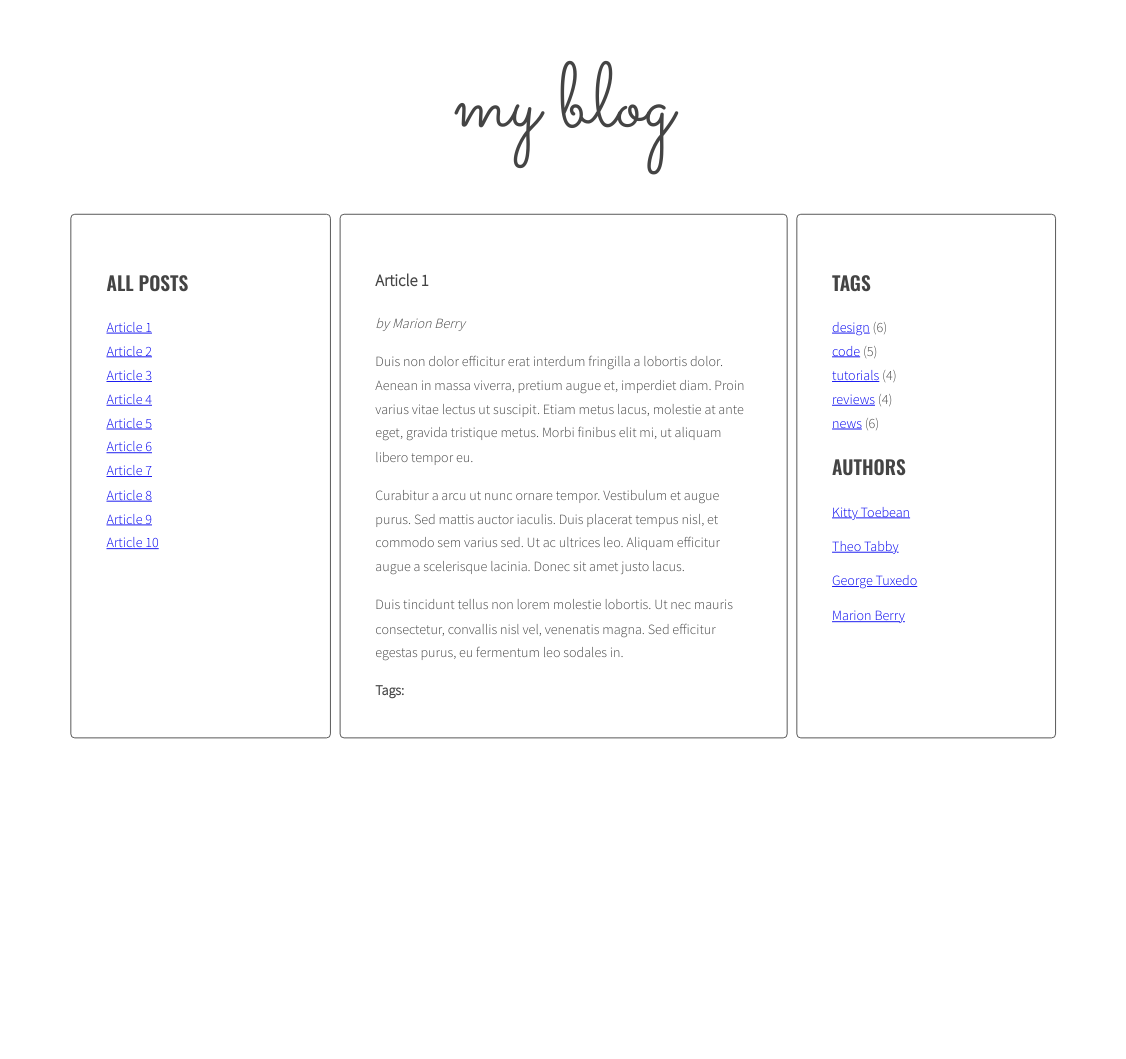
Repository: ulasup/javascript-blog
Page: index.html
The author's editor kept a copy of each file at every save. The page is drawn from the files as they stood at one save, then again after the next save.
The browser window is 1280 px wide. The pictures show the whole page, at 88% of full size.
The style sheet was rebuilt from its Sass, Less or Tailwind sources for each picture, by a compiler version that may differ from the author's.

Above is the page before, as saved 2020-12-19 13:33:58.

### index.html
<!DOCTYPE html>
<html  lang="en">
    <head>
        <meta charset="UTF-8">
        <title>Film blog</title>
        <link rel="stylesheet" href="css/style.css">
    </head>
    <body>
        <div class="blog">
            <div class="container">
              <h1 class="logo">my blog</h1>
              <main class="wrapper">
                <aside class="sidebar">
                  <h2 class="section-title">All posts</h2>
                  <ul class="list titles">
                  </ul>
                </aside>
                <section class="posts">
                  <article class="post active" id="article-1" data-tags="design tutorials">
                    <h3 class="post-title">Article 1</h3>
                    <p class="post-author">by Marion Berry</p>
                    <div class="post-content">
                      <p>Duis non dolor efficitur erat interdum fringilla a lobortis dolor. Aenean in massa viverra, pretium augue et, imperdiet diam. Proin varius vitae lectus ut suscipit. Etiam metus lacus, molestie at ante eget, gravida tristique metus. Morbi finibus elit mi, ut aliquam libero tempor eu.</p>
                      <p>Curabitur a arcu ut nunc ornare tempor. Vestibulum et augue purus. Sed mattis auctor iaculis. Duis placerat tempus nisl, et commodo sem varius sed. Ut ac ultrices leo. Aliquam efficitur augue a scelerisque lacinia. Donec sit amet justo lacus.</p>
                      <p>Duis tincidunt tellus non lorem molestie lobortis. Ut nec mauris consectetur, convallis nisl vel, venenatis magna. Sed efficitur egestas purus, eu fermentum leo sodales in.</p>
                    </div>
                    <div class="post-tags">
                      <p><strong>Tags:</strong></p>
                      <ul class="list list-horizontal">
                      </ul>
                    </div>
                  </article>
                  <article class="post" id="article-2" data-tags="news code">
                    <h3 class="post-title">Article 2</h3>
                    <p class="post-author">by Theo Tabby</p>
                    <div class="post-content">
                      <p>Phasellus sollicitudin, arcu vel iaculis ullamcorper, quam leo viverra orci, et faucibus quam sapien vel est. Maecenas ac suscipit elit. Nullam interdum, lorem vitae venenatis pulvinar, ex dui malesuada nunc, tempus cursus enim metus vel nulla.</p>
                      <p>Integer hendrerit, eros id efficitur dapibus, ante arcu ullamcorper orci, a iaculis felis turpis at purus. Quisque sodales posuere sapien vel consectetur. Duis dui urna, commodo non ante nec, mattis dictum enim. Donec aliquam erat sed diam lobortis, vel gravida lacus laoreet. Phasellus pretium maximus mi, eu posuere justo suscipit vel.</p>
                      <p>Nam magna nisl, varius in malesuada vitae, facilisis vel metus. Proin rhoncus euismod leo dictum lobortis. Suspendisse non ante sapien.</p>
                    </div>
                    <div class="post-tags">
                      <p><strong>Tags:</strong></p>
                      <ul class="list list-horizontal">
                      </ul>
                    </div>
                  </article>
                  <article class="post" id="article-3" data-tags="news reviews design">
                    <h3 class="post-title">Article 3</h3>
                    <p class="post-author">by George Tuxedo</p>
                    <div class="post-content">
                      <p>Mauris vel pellentesque turpis, ac sodales nisl. Quisque iaculis mi velit, ut convallis tellus accumsan a. Quisque iaculis, nisi et dignissim tincidunt, nisl eros euismod nulla, finibus laoreet erat enim posuere elit.</p>
                      <p>Aenean at semper urna. Duis vel sapien molestie, egestas diam consequat, molestie nulla. Praesent a malesuada metus. Praesent et tempus leo.</p>
                      <p>Mauris in eleifend neque, vitae eleifend velit. Maecenas purus est, bibendum eget imperdiet id, dictum sed ante. Aenean a magna et eros sagittis aliquet.</p>
                    </div>
                    <div class="post-tags">
                      <p><strong>Tags:</strong></p>
                      <ul class="list list-horizontal">
                      </ul>
                    </div>
                  </article>
                  <article class="post" id="article-4" data-tags="tutorials code design">
                    <h3 class="post-title">Article 4</h3>
                    <p class="post-author">by Kitty Toebean</p>
                    <div class="post-content">
                      <p>Morbi vel cursus nulla, vel varius mauris. Suspendisse sed elit sit amet risus faucibus vestibulum ut sit amet purus. Donec orci est, condimentum ut quam quis, scelerisque fringilla ligula.</p>
                      <p>Quisque bibendum nisl id quam sagittis, id pretium dolor scelerisque. Suspendisse non odio nec velit dapibus placerat non a libero.</p>
                      <p>Vivamus at tristique ex, feugiat sagittis ex. Cras cursus, ipsum et efficitur commodo, urna sapien rutrum magna, quis sodales justo ligula eget nunc. In hac habitasse platea dictumst.</p>
                    </div>
                    <div class="post-tags">
                      <p><strong>Tags:</strong></p>
                      <ul class="list list-horizontal">
                      </ul>
                    </div>
                  </article>
                  <article class="post" id="article-5" data-tags="design reviews">
                    <h3 class="post-title">Article 5</h3>
                    <p class="post-author">by Marion Berry</p>
                    <div class="post-content">
                      <p>Suspendisse sem eros, euismod condimentum arcu ac, consequat fermentum orci. Nam convallis lacus nec interdum vestibulum. Vestibulum luctus, quam eu tristique ornare, lorem nibh sodales enim, vitae tempor dolor ante vitae tortor.</p>
                      <p>Duis venenatis metus quis luctus lobortis. In porttitor ipsum eget ligula aliquam ornare. Cras malesuada urna id volutpat sodales.</p>
                      <p>Donec lobortis ultricies turpis, eu viverra magna gravida quis. Fusce sit amet pretium nulla. Duis rutrum metus vel libero sodales, pellentesque varius ex pulvinar.</p>
                    </div>
                    <div class="post-tags">
                      <p><strong>Tags:</strong></p>
                      <ul class="list list-horizontal">
                      </ul>
                    </div>
                  </article>
                  <article class="post" id="article-6" data-tags="reviews code">
                    <h3 class="post-title">Article 6</h3>
                    <p class="post-author">by George Tuxedo</p>
                    <div class="post-content">
                      <p>Donec posuere iaculis ante sed hendrerit. Lorem ipsum dolor sit amet, consectetur adipiscing elit. Quisque hendrerit neque nec urna tincidunt, quis vehicula dui vulputate. Morbi est sapien, auctor ut lectus eu, placerat viverra lorem.</p>
                      <p>Cras consectetur at erat id accumsan. Suspendisse lacinia in nulla quis vulputate. Nunc vitae consectetur augue. Nam ut vehicula mi. Aliquam tristique, purus in hendrerit porta, elit lectus finibus mi, vel malesuada nisl lectus a libero.</p>
                      <p>Nam quis efficitur ante. Sed eget purus quis ex commodo porta eu sit amet dolor. Mauris tellus nisl, dictum nec est vitae, condimentum ornare ante. Fusce ornare hendrerit maximus. In maximus rhoncus justo.</p>
                    </div>
                    <div class="post-tags">
                      <p><strong>Tags:</strong></p>
                      <ul class="list list-horizontal">
                      </ul>
                    </div>
                  </article>
                  <article class="post" id="article-7" data-tags="code news">
                    <h3 class="post-title">Article 7</h3>
                    <p class="post-author">by Kitty Toebean</p>
                    <div class="post-content">
                      <p>Donec eleifend mauris ac nisl fermentum, ac fermentum turpis dignissim. Aliquam diam nisl, imperdiet a varius eget, lobortis sed nisi. Nullam suscipit ipsum sed magna blandit, sed pellentesque urna malesuada.</p>
                      <p>Duis vestibulum arcu et lectus viverra porta. Praesent tempor lacus eget quam mattis, sit amet venenatis diam ultrices. Morbi gravida sapien quis ligula tincidunt, vel sagittis erat ultrices.</p>
                      <p>Ut orci tellus, laoreet ac diam ut, tempus bibendum nisi. Nam egestas sagittis nibh. Curabitur tristique dui quis egestas pretium. Duis eu felis orci.</p>
                    </div>
                    <div class="post-tags">
                      <p><strong>Tags:</strong></p>
                      <ul class="list list-horizontal">
                      </ul>
                    </div>
                  </article>
                  <article class="post" id="article-8" data-tags="news design tutorials">
                    <h3 class="post-title">Article 8</h3>
                    <p class="post-author">by Theo Tabby</p>
                    <div class="post-content">
                      <p>Praesent quis imperdiet erat. Curabitur tempor sapien a interdum malesuada. Proin libero erat, sagittis a sollicitudin eget, pulvinar nec risus. Cras et suscipit sem.</p>
                      <p>Maecenas consequat diam nec sollicitudin congue. Aenean porttitor porttitor quam, condimentum interdum metus congue sed. Donec at nulla ipsum.</p>
                      <p>Mauris non congue dui. Aenean ac eros vitae massa vulputate aliquet ut ac elit. Morbi iaculis auctor nunc aliquet luctus. Nunc tincidunt sem dui, quis interdum leo pellentesque eget. Fusce id leo varius, imperdiet nunc vitae, tristique mi. Mauris quis interdum justo. Mauris auctor purus eu leo faucibus feugiat. Nulla at odio vitae leo semper blandit.</p>
                    </div>
                    <div class="post-tags">
                      <p><strong>Tags:</strong></p>
                      <ul class="list list-horizontal">
                      </ul>
                    </div>
                  </article>
                  <article class="post" id="article-9" data-tags="news tutorials">
                    <h3 class="post-title">Article 9</h3>
                    <p class="post-author">by Marion Berry</p>
                    <div class="post-content">
                      <p>Tam et facilisis purus. Donec vulputate est quis lobortis posuere. Nunc vitae lorem ut odio faucibus pulvinar nec in justo. Ut ut ante ac tellus ornare tempus. Nunc maximus, tortor et dictum convallis, nunc libero posuere leo, scelerisque ultrices arcu sapien ut tellus.</p>
                      <p>Fusce lacinia augue massa, non tincidunt tortor auctor quis. Vestibulum ut pretium nisl. Etiam id tellus tempus, commodo ligula vehicula, porta magna.</p>
                      <p>Donec fringilla blandit dolor vel aliquet. Fusce tortor sapien, lobortis eu vehicula sit amet, dignissim et lectus. In ullamcorper metus vel massa fermentum, at fermentum dui sollicitudin. Nullam lacinia elit vel tortor ullamcorper pulvinar.</p>
                    </div>
                    <div class="post-tags">
                      <p><strong>Tags:</strong></p>
                      <ul class="list list-horizontal">
                      </ul>
                    </div>
                  </article>
                  <article class="post" id="article-10" data-tags="code design news reviews">
                    <h3 class="post-title">Article 10</h3>
                    <p class="post-author">by George Tuxedo</p>
                    <div class="post-content">
                      <p>Aliquam erat volutpat. Ut non eleifend lectus. Donec suscipit tellus tempor, ornare dui id, hendrerit neque. Phasellus lacinia laoreet dui in luctus. Sed hendrerit, magna sit amet varius tempor, augue augue scelerisque est, non scelerisque mauris libero eu sapien.</p>
                      <p>Sed at sapien in quam sollicitudin aliquam. In interdum metus a mi porttitor luctus. Sed commodo, arcu id lacinia posuere, felis elit pharetra urna, at feugiat est orci sit amet libero. Quisque in nisl est. Nullam vehicula at lectus non luctus. Cras aliquam neque magna, at varius nisi egestas ut.</p>
                      <p>Rhoncus purus nulla, non auctor lacus placerat ut. Aliquam condimentum eget magna ac gravida. Etiam egestas faucibus urna et finibus. Cras vel tellus vel magna suscipit euismod. Maecenas id arcu ante. Duis iaculis scelerisque erat, at ullamcorper arcu consectetur eu. Fusce aliquam diam at arcu pharetra, vel fermentum nunc lobortis.</p>
                    </div>
                    <div class="post-tags">
                      <p><strong>Tags:</strong></p>
                      <ul class="list list-horizontal">
                      </ul>
                    </div>
                  </article>
                </section>
                <aside class="sidebar">
                  <h2 class="section-title">Tags</h2>
                  <ul class="list tags">
                    <li><a href="#">design</a> <span>(6)</span></li>
                    <li><a href="#">code</a> <span>(5)</span></li>
                    <li><a href="#">tutorials</a> <span>(4)</span></li>
                    <li><a href="#">reviews</a> <span>(4)</span></li>
                    <li><a href="#">news</a> <span>(6)</span></li>
                  </ul>
                  <h2 class="section-title">Authors</h2>
                  <ul class="list authors">
                    <li>
                      <a href="#">
                        <span class="author-name">Kitty Toebean</span>
                      </a>
                    </li>
                    <li>
                      <a href="#">
                        <span class="author-name">Theo Tabby</span>
                      </a>
                    </li>
                    <li>
                      <a href="#">
                        <span class="author-name">George Tuxedo</span>
                      </a>
                    </li>
                    <li>
                      <a href="#">
                        <span class="author-name">Marion Berry</span>
                      </a>
                    </li>
                  </ul>
                </aside>
              </main>
            </div>
          </div>
    <script src="js/script.js"></script>
    </body>
</html>

### js/script.js
'use strict';

function titleClickHandler(event){
  event.preventDefault();

  const activeLinks = document.querySelectorAll('.titles a.active');
  for(let activeLink of activeLinks){
    activeLink.classList.remove('active');
  }

  const clickedElement = this;
  clickedElement.classList.add('active');

  const activeArticles = document.querySelectorAll('.post.active');
  for(let activeArticle of activeArticles){
    activeArticle.classList.remove('active');
  }

  const attribute = clickedElement.getAttribute('href');
  const clickedArticles = document.querySelectorAll(attribute);
  for(let clickedArticle of clickedArticles){
    clickedArticle.classList.add('active');
  }
}

const optArticleSelector = '.post',
  optTitleSelector = '.post-title',
  optTitleListSelector = '.titles',
  optArticleTagsSelector = '.post-tags .list';

function generateTitleLinks(){

  const titleList = document.querySelector(optTitleListSelector);
  titleList.innerHTML = '';

  const articles = document.querySelectorAll(optArticleSelector);
  let html = '';
  for (let article of articles){
    const articleId = article.getAttribute('id');
    const articleTitle = article.querySelector(optTitleSelector).innerHTML;
    const linkHTML = '<li><a href="#' + articleId + '"><span>' + articleTitle + '</span></a></li>';
    html = html + linkHTML;
  }
  titleList.innerHTML = html;

  const links = document.querySelectorAll('.titles a');
  for(let link of links){
    link.addEventListener('click', titleClickHandler);
  }
}

generateTitleLinks();


function generateTags(){
  const articles = document.querySelectorAll(optArticleSelector);
  for (let article of articles){
    const tagList = article.querySelector(optArticleTagsSelector);
    let html = '';
    const articleTags = article.getAttribute('data-tags');
    const articleTagsArray = articleTags.split(' ');
    for (let tag of articleTagsArray){

    }
  }

  /* DONE START LOOP: for every article: */

  /* DONE find tags wrapper */

  /* DONE make html variable with empty string */

  /* DONE get tags from data-tags attribute */

  /* DONE split tags into array */

  /* DONE START LOOP: for each tag */

  /* generate HTML of the link */

  /* add generated code to html variable */

  /* END LOOP: for each tag */

  /* insert HTML of all the links into the tags wrapper */

  /* END LOOP: for every article: */
}

generateTags();

Loaded but not shown: sass/style.scss (129 lines, source omitted)

After the next save:
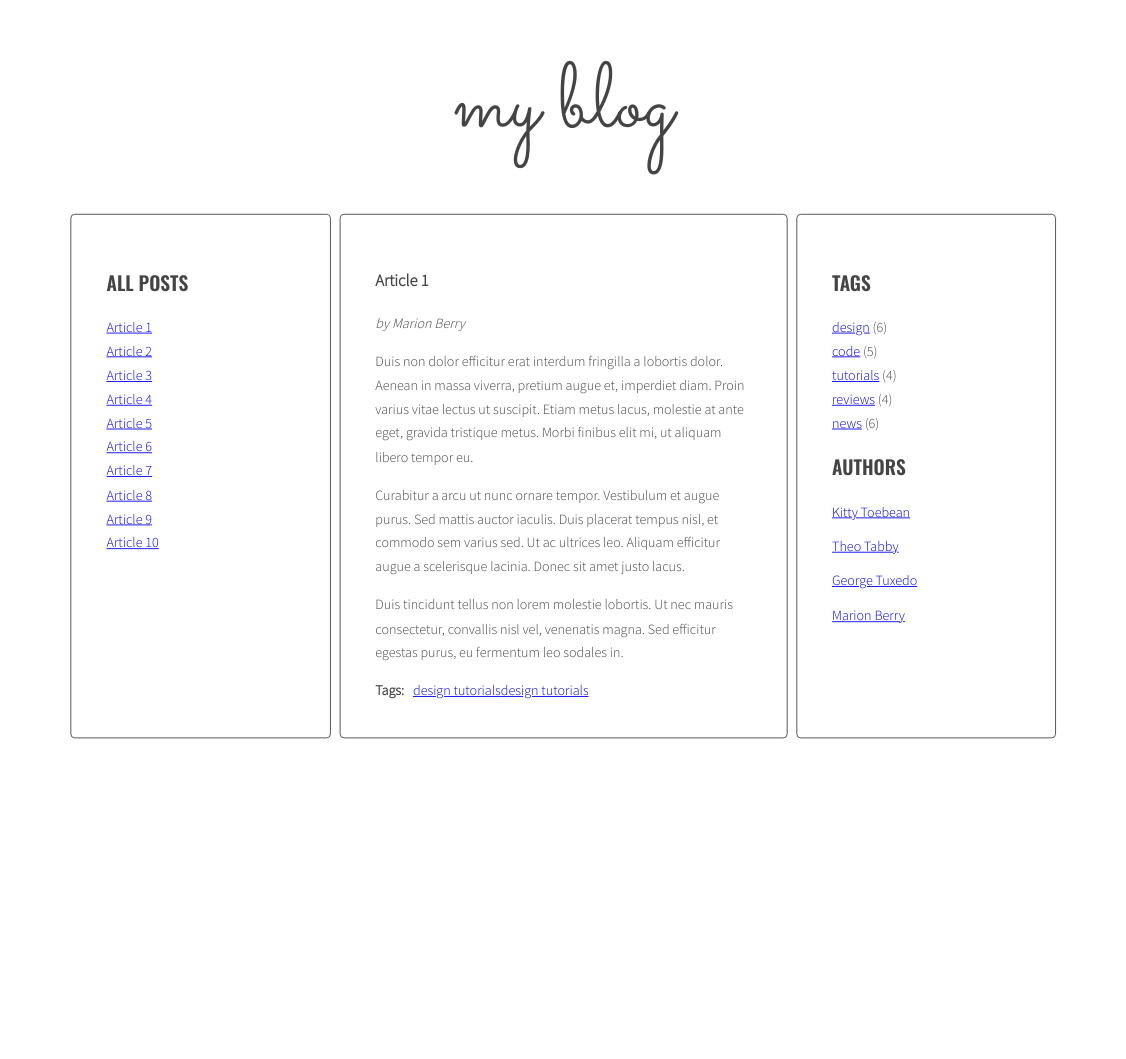
Saved 8 min 7 s later.
--- a/js/script.js
+++ b/js/script.js
@@ -60,8 +60,10 @@
     const articleTags = article.getAttribute('data-tags');
     const articleTagsArray = articleTags.split(' ');
     for (let tag of articleTagsArray){
-
+      const linkHTML = '<li><a href="#tag-' + articleTags + '"><span>' + articleTags + '</span></a></li>';
+      html = html + linkHTML;
     }
+    tagList.innerHTML = html;
   }
 
   /* DONE START LOOP: for every article: */

After the 2 saves that followed:
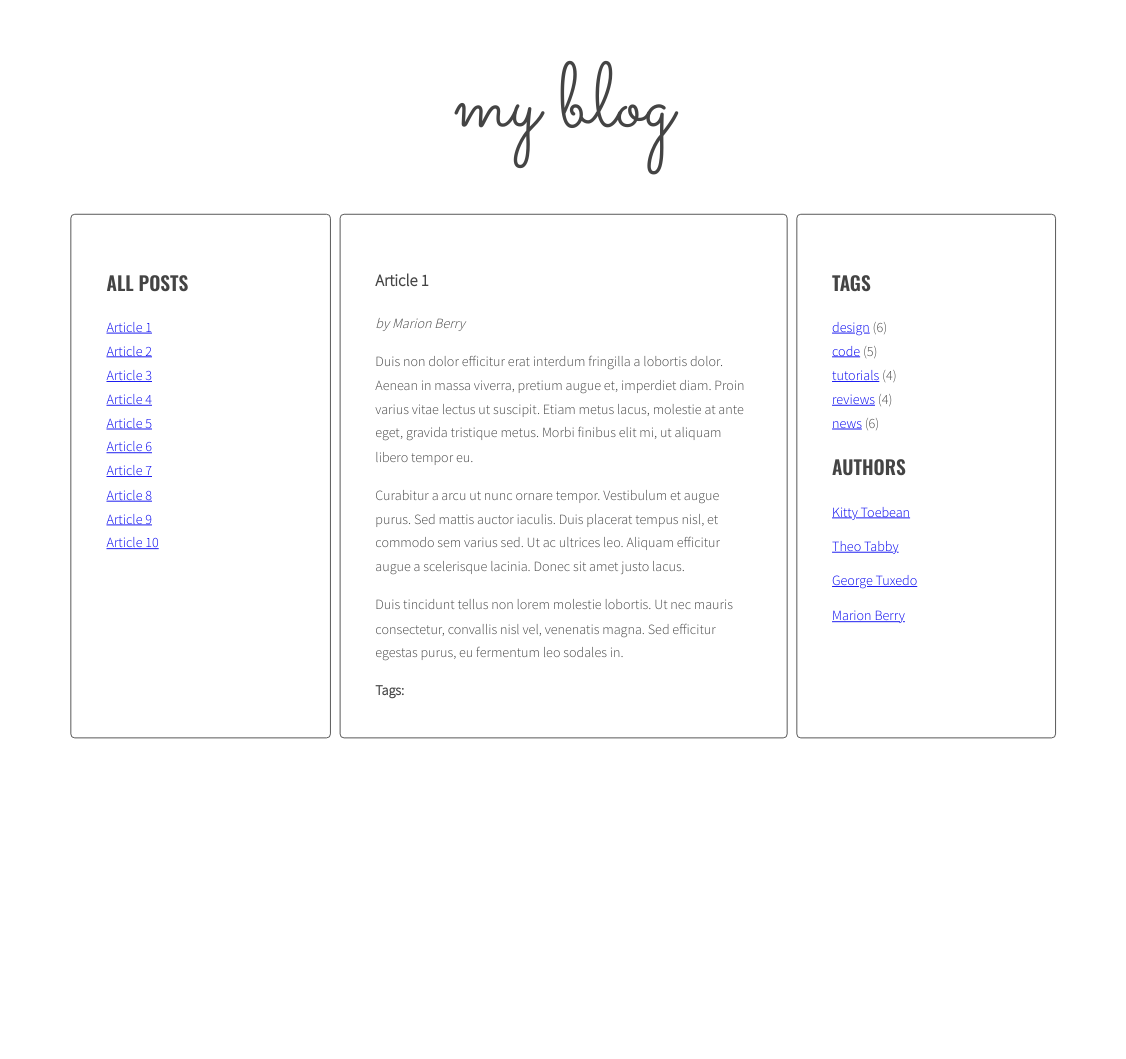
Console error: ReferenceError: tagList is not defined
The 2 saves are shown as one change because 1 left the picture as it was.
The last was saved 2 min 1 s later.
--- a/js/script.js
+++ b/js/script.js
@@ -60,33 +60,11 @@
     const articleTags = article.getAttribute('data-tags');
     const articleTagsArray = articleTags.split(' ');
     for (let tag of articleTagsArray){
-      const linkHTML = '<li><a href="#tag-' + articleTags + '"><span>' + articleTags + '</span></a></li>';
+      const linkHTML = '<li><a href="#tag-' + tag + '"><span>' + articleTags + '</span></a></li>';
       html = html + linkHTML;
     }
-    tagList.innerHTML = html;
   }
-
-  /* DONE START LOOP: for every article: */
-
-  /* DONE find tags wrapper */
-
-  /* DONE make html variable with empty string */
-
-  /* DONE get tags from data-tags attribute */
-
-  /* DONE split tags into array */
-
-  /* DONE START LOOP: for each tag */
-
-  /* generate HTML of the link */
-
-  /* add generated code to html variable */
-
-  /* END LOOP: for each tag */
-
-  /* insert HTML of all the links into the tags wrapper */
-
-  /* END LOOP: for every article: */
+  tagList.innerHTML = html;
 }
 
 generateTags();
